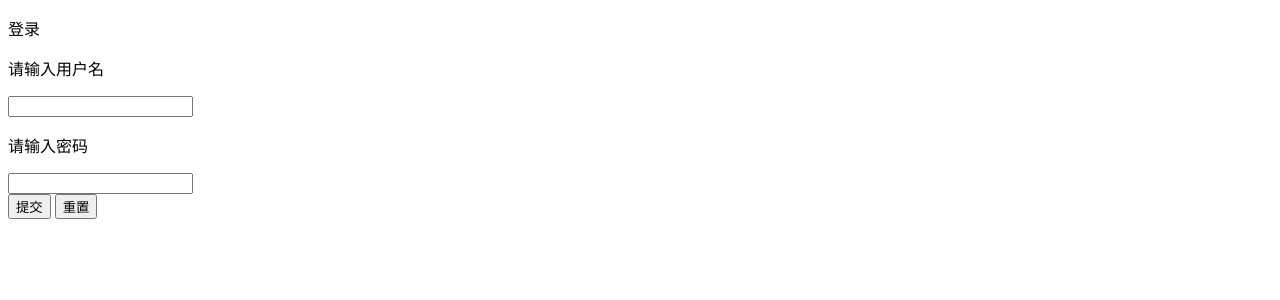
Repository: xienezheng/javaPractice
Page: Javaweb1/lastchat/WebContent/download1.html
An editor plug-in stored every save of this project. The page is shown before and after the next save, followed by the edit.
The browser window is 1280 px wide. The pictures show the whole page.

Above is the page before, as saved 2017-04-25 08:27:47.

After the next save:
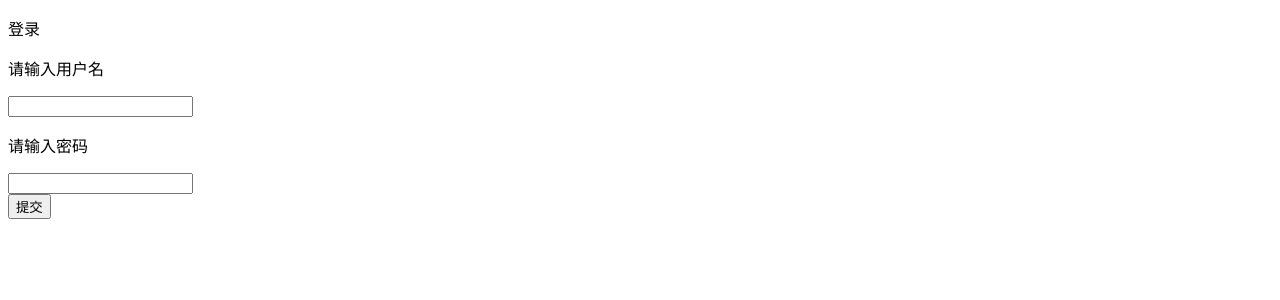
Saved 4 min 39 s later.
--- a/Javaweb1/lastchat/WebContent/download1.html
+++ b/Javaweb1/lastchat/WebContent/download1.html
@@ -13,7 +13,7 @@
 <input type="password"name="password">
 <br>
 <input type="submit"value="提交">
-<input type="reset"value="重置">
+
 </form>
 
 </body>
